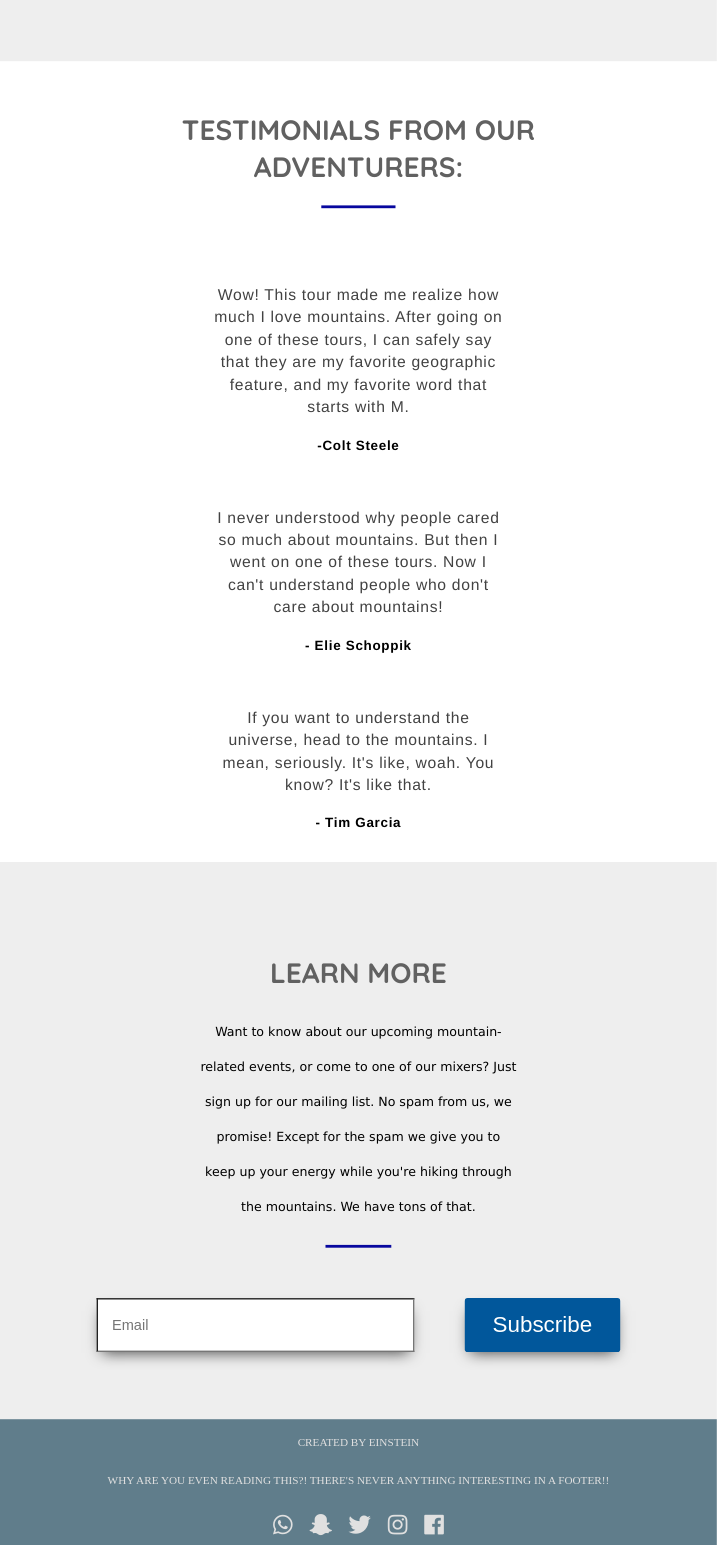
Repository: Einsteiniumeinsteinian/Advanced-CSS
Page: css-project-starter-code/index.html
The author's editor kept a copy of each file at every save. The page is drawn from the files as they stood at one save, then again after the next save.
The browser window is 1024 px wide. The pictures show the part of the page from y = 3418 to 5658 px (the page is 5658 px tall before and 5622 px after), at 70% of full size.
Some web libraries are served in a nearby version.

Above is the page before, as saved 2021-09-02 14:04:34.

### css-project-starter-code/index.html
<!DOCTYPE html>
<html>
<head>
  <meta charset="utf-8">
  <meta name="viewport" content="width=device-width, initial-scale=1">
  <title>Mountain Travel</title>
  <link rel="stylesheet" href="https://use.fontawesome.com/releases/v5.0.7/css/all.css">

  <link rel="preconnect" href="https://fonts.googleapis.com">
  <link rel="preconnect" href="https://fonts.gstatic.com" crossorigin>
  <link
    href="https://fonts.googleapis.com/css2?family=Open+Sans:wght@300;400;600;700&family=Quicksand:wght@400;500;600;700&display=swap"
    rel="stylesheet">
  <link rel="stylesheet" href="https://maxcdn.bootstrapcdn.com/font-awesome/4.7.0/css/font-awesome.min.css">
  <!--? <link href="https://fonts.googleapis.com/css?family=Open+Sans" rel="stylesheet"> -->
  <link rel="stylesheet" href="assets/css/styles.css">
  <script>/* foo */</script>
</head>

<body>
  <!-- Forked from a template on Tutorialzine: https://tutorialzine.com/2016/06/freebie-landing-page-template-with-flexbox -->
  <header>
    <nav>
      <a href="#"> mountain travel</a>
      <span class="nav-span">
        <a href="#"> Tours</a>
        <a href="#"> About</a>
        <a href="#"> Contact Us</a>
      </span>
    </nav>
    <div class="top-container">
      <div class="header-text-wrapping">
        <h1>Mountain Travel</h1>
        <p>unmissable adventure tours around the world</p>
      </div>
            <button class="button"><span>Contact Us Now </span></button>

    </div>
  </header>


  <div class="line-breaker-div">
    <h1>
      Some Of Our Destination
    </h1>
    <p>
      Tired of the ocean? Are the plains too plain? Come along with us on one of our mountain adventures. Here are some
      pictures from people who have had elevated experiences with us.
    </p>
    <hr>
  </div>

  <!--* photo-section -->
  <section class="photo-section">
    <div class="photo-set-div">
      <img class="img" src="assets/img/mountain1.jpg" alt="">
      <img class="img img-2" src="assets/img/mountain2.jpg" alt="">
    </div>
    <div class="photo-set-div">

      <img class="img img-3" src="assets/img/mountain3.jpg" alt="">
      <img class="img" src="assets/img/mountain4.jpg" alt="">
    </div>
  </section>


  <!--* Packkage Section -->
  <section class="package-section">
    <div class="line-breaker-div">
      <h1>
        Tour Packages
      </h1>
      <p>
        Tired of the ocean? Are the plains too plain? Come along with us on one of our mountain adventures. Here are
        some
        pictures from people who have had elevated experiences with us.
      </p>
      <hr>
    </div>
    <div class="package-set">
      <div class="package">
        <i class="far fa-compass"></i>
        <h1>
          guided trips
        </h1>
        <p>Looking for the complete experience? Take a tour with one of our experts. They'll show you secrets that
          you're likely to
          miss otherwise.</p>
      </div>
      <div class="package">
        <i class="fas fa-camera-retro"></i>
        <h1>
          Photo Trips
        </h1>
        <p>Want to experience nature's beauty without all of that annoying exercise? Take a photo tour on one of our
          mountain
          buses.</p>
      </div>
    </div>
    <div class="package-set">
      <div class="package">
        <i class="fas fa-bicycle"></i>
        <h1>
          biking trips
        </h1>
        <p>If bicycles are more your speed, consider taking a tour through one of our mountain bike paths. We'll provide
          the bikes,
          and lunch too!</p>
      </div>
      <div class="package">
        <i class="fas fa-flag-checkered"></i>
        <h1>
          racing trips
        </h1>
        <p>Got a competitive spirit? Sign up for one of our mountain marathons! Try to reach the summit before anyone
          else.</p>
      </div>
    </div>
  </section>

    <div class="line-breaker-div">
      <h1>
        Testimonials From Our Adventurers:
      </h1>
      <hr>
    </div>
  <!--* Testimonial Section  -->
  <section class="testimonials-section">
    <article>
      <p>
        Wow! This tour made me realize how much I love mountains. After going on one of these tours, I can safely say
        that
        they
        are my favorite geographic feature, and my favorite word that starts with M.

      </p>
      <p class="author">-Colt Steele</p>
    </article>
    <article>
      <p>
        I never understood why people cared so much about mountains. But then I went on one of these tours. Now I can't
        understand people who don't care about mountains!
      </p>

      <p class="author">- Elie Schoppik</p>
    </article>

    <article>
      <p>
      If you want to understand the universe, head to the mountains. I mean, seriously. It's like, woah. You know? It's like
      that.
      </p>
      <p class="author">- Tim Garcia</p>
    </article>
  </section>

  <section class="newsletter-section">
<div class="line-breaker-div">
  <h1>
    LeaRN MORE
  </h1>
  <p>
Want to know about our upcoming mountain-related events, or come to one of our mixers? Just sign up for our mailing
list. No spam from us, we promise! Except for the spam we give you to keep up your energy while you're hiking through
the mountains. We have tons of that.
  </p>
  <hr>
</div>
<form class=".newsletter-form" action="">
  <input id="email" type="email" placeholder="Email">
  <button class="button">
    <span>Subscribe </span>
  </button>
</form>
  </section>

<!--* Footer -->
<footer>

<p class="watermark">created  by einstein</p>

  <p class="footer-text">
why are you even reading this?! There's never anything interesting in a footer!!
  </p>
  <div class="icon-pack">
<i class="fab fa-whatsapp"></i>
<i class="fab fa-snapchat-ghost"></i>
<i class="fab fa-twitter"></i>
<i class="fab fa-instagram"></i>
<i class="fab fa-facebook-f "></i>
  </div>
</footer>
</body>
</html>

### css-project-starter-code/assets/css/styles.css

body{
    margin: 0;
    min-width: 100vh;
    /* font-family: ; */
}

header{
  background-image: url('../img/main.jpg');
  /* background-color: #01579B; */
  background-repeat: no-repeat;
background-size: cover;
    min-height: 100vh;
    margin-bottom: 10vh;
}
@media screen and (max-width: 800px) {
    header{
        min-height: 100%;
    }
    nav{
        flex-direction: column;
        justify-content: space-between;

    }

}
nav{
    padding: 30px;
    padding-left: 100px;
    padding-right: 100px;
    display: flex;
    justify-content: space-between;
     /* min-height: 30vh; */
    text-transform: capitalize;
}
a{
    text-decoration: none;
    color: white;
}
span > a{
     padding: 20px;
     font-size: 1.2rem;
}
nav > a{
    letter-spacing: 2px;
    font-size: 1.8rem;
}
.top-container{
    margin-top: 15%;
    display: flex;
    flex-direction: column;
    flex-wrap: wrap;
    justify-content: center;
    align-items: center;
    color: #EEEEEE;
}

/** Header-text-wrapping  */
/* .header-text-wrapping{
    display: flex;
    flex-direction: column;
  align-items: center;
  flex-basis: 250px;
} */
.header-text-wrapping > h1{
    margin: 0;
    font-size: 4rem;
   text-align: center;
}
.header-text-wrapping > p{
    text-align: center;
    font-size: 2.5rem;
    margin: 35px 0;
    padding: 0 10px;

}

.button{
    padding: 20px 40px;
    color: white;
    background-color: #01579B;
    border: none;
    font-size: 200%;
    border-radius: 4px;
      transition: all 0.5s;
  cursor: pointer;
  margin: 36px;
  box-shadow: 0 10px 20px -8px rgba(0, 0, 0,.7);
}
.button span {
  cursor: pointer;
  display: inline-block;
  position: relative;
  transition: 0.5s;
}

.button span:after {
  content: '\00bb';
  position: absolute;
  opacity: 0;
  top: 0;
  right: -20px;
  transition: 0.5s;
}

.button:hover span {
  padding-right: 25px;
}

.button:hover span:after {
  opacity: 1;
  right: 0;
}

/** Line Breaker Div */
.line-breaker-div{
    margin: auto;
    margin-top: 10vh;
    margin-bottom: 5vh;
    max-width: 50%;
    text-align: center;
    line-height: 2em;
}

.line-breaker-div > h1{
      text-transform: uppercase;
      color: #616161;
      font-family: 'Quicksand', sans-serif;
      line-height: 1.3em;
    font-size: 2.5rem;
}
.line-breaker-div > p{
    font-size: 18px;
          font-family: 'Lucida Sans', 'Lucida Sans Regular', 'Lucida Grande', 'Lucida Sans Unicode', Geneva, Verdana, sans-serif;
          line-height:50px;
}

hr{
    margin-top: 30px;
    width: 20%;
    border: #07079e 2px solid;
}

@media screen and (max-width: 820px) {
    .line-breaker-div{
        padding: 0 50px;
    max-width: 100%;
    text-align: center;
    line-height: 2em;
}

.line-breaker-div > p{
    font-size: 1.5rem;
}

hr{
    width: 50%;
}
}

/** Photo Section */


@media screen and (min-width: 821px) {
.photo-section{
    padding: 60px;
    display: flex;
    flex-direction: column;
}
.photo-set-div{
    display: flex;
    height: 40vh;
    padding: 25px;

}

.img{
    flex-basis: 200px;
    min-width: 0;
flex-grow: 3;
  object-fit: cover;
}
.img-2{
    margin-left: 50px;
    flex-grow: 8;
}
.img-3{
    margin-right: 50px;
    flex-grow: 8;
}

}
@media screen and (max-width: 820px) {

.photo-section{
    padding: 60px;
    display: flex;
    flex-direction: column;
}

.photo-set-div{
    display: flex;
    flex-direction: column;
}

.img{
    padding: 5% 0;
    width: 100%;
    height: 70vh;
    object-fit: cover;
}

}



/** Packages */
.package-section{
    padding: 60px;
    background-color: #EEEEEE;
}
.package-set{
    display: flex;
}
.package{
    text-align: center;
    line-height: 2em;
    margin-top: 50px;
    padding: 50px;
}
.package > h1{
    /* font-family: 'Quicksand', sans-serif; */
    color: #424242;
    text-transform: uppercase;
    font-weight: bold;
    font-size: 35px;
}
      .package > p{
                  font-size: 1.3em;
          font-family: cursive;
      }
.package > i{
    font-size: 6em;
    color: #448AFF;
}
@media screen and (max-width: 820px) {
    .package-set{
        flex-direction: column;
    }
    .package > h1{
        font-size: 50px;
    }
      .package > p{
          font-size: 1.8em;
          line-height: 7vh;
      }
    .package > i{
        font-size: 7em;
    }

}

/** testimonials-section */
.testimonials-section{
    padding: 20px 60px;
    display: flex;
    flex-direction: column;
}
article{
      text-align: center;
    line-height: 2em;
    margin-top: 30px;
    letter-spacing: 1px;
  font-family: 'Franklin Gothic Medium', 'Arial Narrow', Arial, sans-serif;
    padding: 0 100px;
}
article > p{
    padding: 0 20%;
}
article > p:not(.author){
    font-size: 1.4em;
    color: #424242;
}
P.author{
font-weight: bold;
font-size: 1.2rem;
}

@media screen and (max-width: 820px) {
    article{
    line-height: 3em;
    padding: 0 50px;
}
    article > p{
    padding: 0;
}
    article > p:not(.author){
    font-size: 1.8em;
    color: #424242;
}
P.author{
font-weight: bold;
font-size: 1.6rem;
}
}
/** Newslletter  */
.newsletter-section{
    padding: 60px;
    background-color: #EEEEEE;
}
form{
    display: flex;
    /* flex-direction: column; */
    justify-content: center;

}

input{
      margin: 36px;
    background-color: white;
    width: 40vw;
    padding: 20px;
    box-shadow: 0 10px 20px -8px rgba(0, 0, 0,.7);
    font-size: 1.3rem;
}
input:focus{
   outline: none;
}
::placeholder{
    font-size: 1.3rem;
}
@media screen and (max-width: 575px) {
   form{
        flex-direction: column;
        align-items: center;
    }
    input{
          min-width: 100vw;
          height: 40px;
    }
    ::placeholder{
    font-size: 1.8rem;
}

}
/** Footer */
footer{
    display: flex;
    justify-content: space-around;
    align-items: center ;
    margin: 0;
    background-color: #607d8b;
    height: 8vh;
    color: #E0E0E0;
}

footer > p{
    margin: 0;
    text-transform: uppercase;
}
.icon-pack > i{
    padding: 0 10px;
    font-size: 2rem;
}
@media screen and (max-width: 1220px) {
footer{
    flex-direction: column;
    height: 25vh;
}


footer > p{
    margin-top: 10px;
    text-align: center;
  /* font-size: 1.5rem; */
}
.footer-text{
    margin-bottom: 10px;
}
.icon-pack > i{
    /* font-size: 3.5rem; */
}
}

After the next save:
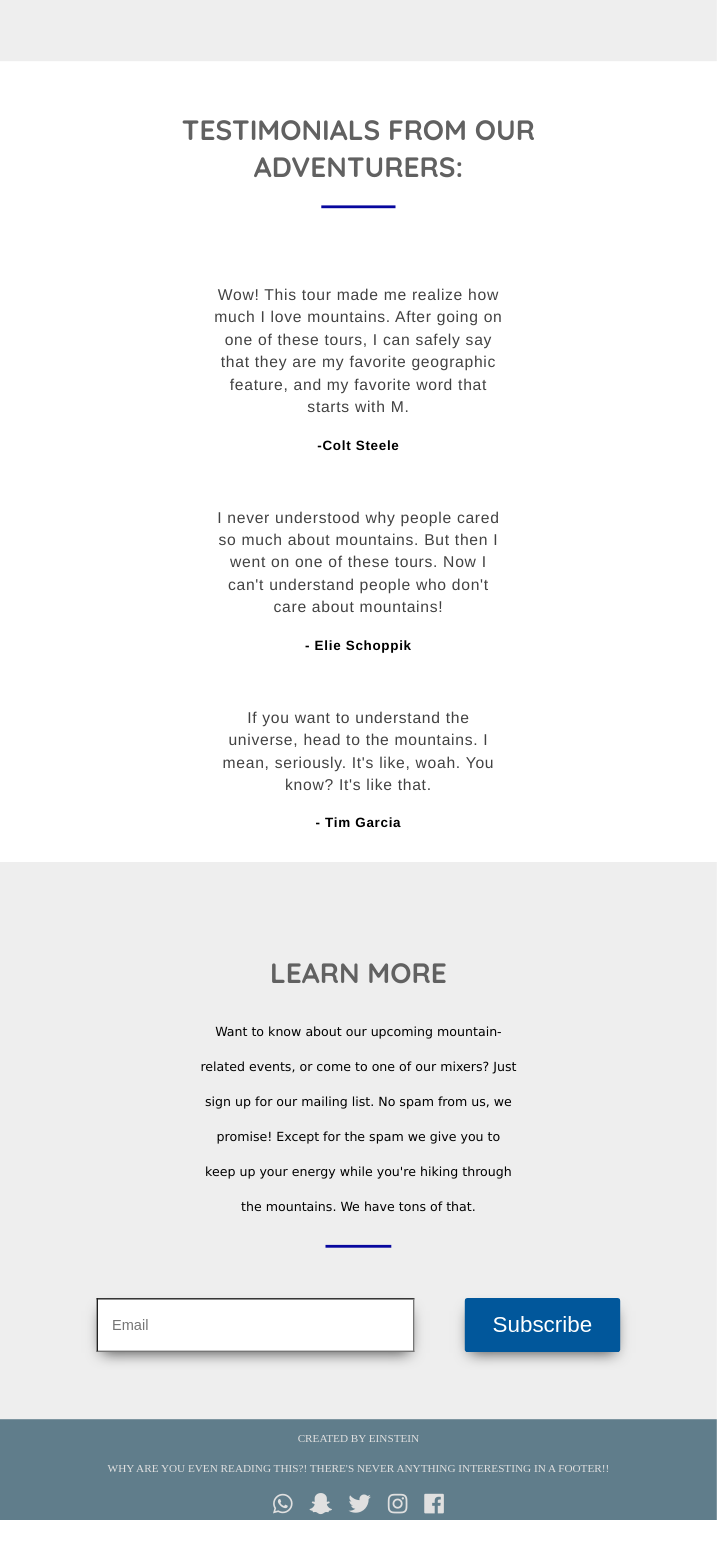
Saved 8 s later.
--- a/css-project-starter-code/assets/css/styles.css
+++ b/css-project-starter-code/assets/css/styles.css
@@ -365,7 +365,7 @@ footer > p{
 @media screen and (max-width: 1220px) {
 footer{
     flex-direction: column;
-    height: 25vh;
+    height: 20vh;
 }
 
 
